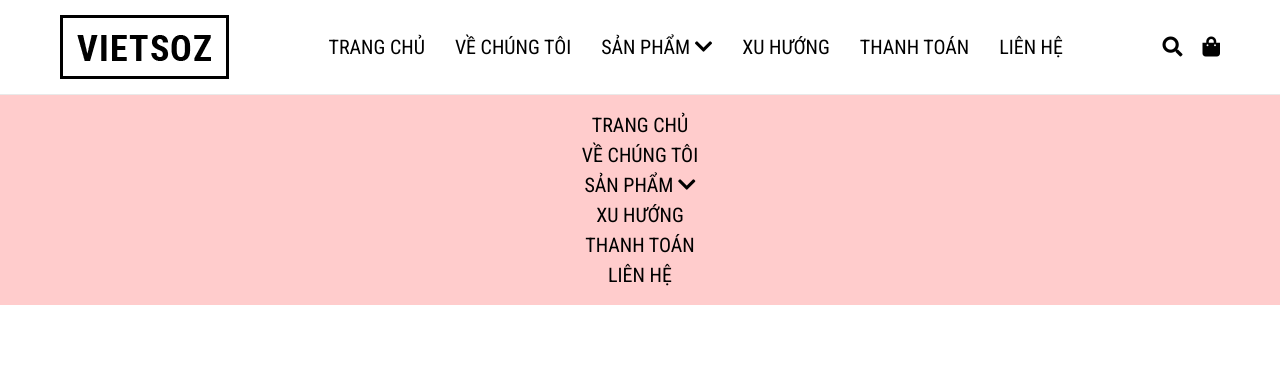
Repository: vinhtk0209/Vietsoz-reponsive
Page: index.html
These files come from the project's save history. The page is drawn as it stood at one moment and after the next save; the edit follows.
The browser window is 1280 px wide. The pictures show the whole page.

Above is the page before, as saved 2021-10-23 17:39:24.

### index.html
<!DOCTYPE html>
<html lang="en">
  <head>
    <meta charset="UTF-8" />
    <meta http-equiv="X-UA-Compatible" content="IE=edge" />
    <meta name="viewport" content="width=device-width, initial-scale=1.0" />
    <link rel="stylesheet" href="assets/css/reset.css" />
    <link rel="stylesheet" href="assets/css/global.css" />
    <link rel="stylesheet" href="assets/css/main.css" />
    <link rel="stylesheet" href="assets/fontawesome/css/all.css" />
    <link rel="stylesheet" href="assets/css/reponsive.css">
    <link rel="preconnect" href="https://fonts.googleapis.com" />
    <link rel="preconnect" href="https://fonts.gstatic.com" crossorigin />
    <link
      href="https://fonts.googleapis.com/css2?family=Roboto:ital,wght@0,100;0,300;0,400;0,500;0,700;0,900;1,100;1,300;1,400;1,500;1,700;1,900&display=swap"
      rel="stylesheet"
    />
    <link rel="preconnect" href="https://fonts.googleapis.com" />
    <link rel="preconnect" href="https://fonts.gstatic.com" crossorigin />
    <link
      href="https://fonts.googleapis.com/css2?family=Roboto+Condensed:ital,wght@0,300;0,400;0,700;1,300;1,400;1,700&display=swap"
      rel="stylesheet"
    />
    <div id="fb-root"></div>
    <script
      async
      defer
      crossorigin="anonymous"
      src="https://connect.facebook.net/vi_VN/sdk.js#xfbml=1&version=v11.0"
      nonce="ecJjSUD8"
    ></script>
    <script
    src="https://code.jquery.com/jquery-3.6.0.js"
    integrity="sha256-H+K7U5CnXl1h5ywQfKtSj8PCmoN9aaq30gDh27Xc0jk="
    crossorigin="anonymous"
  ></script>
    <title>VIESOZ</title>
  </head>

  <body>
    <!-- wrapper starts -->
    <div class="wrapper">
      <!-- header starts -->
      <header class="header">
        <div class="container">
          <div
            class="wp-header-top d-flex align-i-center justify-content-between"
          >
            <div class="header-banner">
              <img src="assets/images/logo.png" alt="" />
            </div>
            <nav class="header-main-menu">
              <ul class="d-flex main-menu">
                <li><a href="">trang chủ</a></li>
                <li><a href="">về chúng tôi</a></li>
                <li class="product-have-menu">
                  <a href=""
                    >sản phẩm
                    <span class="arrow-down"
                      ><i class="fas fa-chevron-down"></i></span
                  ></a>

                </li>

                <li><a href="">xu hướng</a></li>
                <li><a href="">thanh toán</a></li>
                <li><a href="">liên hệ</a></li>

              </ul>

            </nav>
              <nav class="header-main-menu reponsive">
              <ul class="main-menu sub">
                <li><a href="">trang chủ</a></li>
                <li><a href="">về chúng tôi</a></li>
                <li class="product-have-menu">
                  <a href=""
                    >sản phẩm
                    <span class="arrow-down"
                      ><i class="fas fa-chevron-down"></i></span
                  ></a>

                </li>

                <li><a href="">xu hướng</a></li>
                <li><a href="">thanh toán</a></li>
                <li><a href="">liên hệ</a></li>

              </ul>

            </nav>
            <ul class="icon-menu d-flex">
              <li>
                <a href=""
                  ><span class="search"><i class="fas fa-search"></i></span
                ></a>
              </li>
              <li>
                <a href="" class="shopping-cart"
                  ><span class="icon-cart"
                    ><i class="fas fa-shopping-bag"></i></span
                ></a>
              </li>
            </ul>
            <div class="nav-bar">
              <i class="fas fa-bars"></i>
            </div>
          </div>
        </div>
        <div class="wp-head-extra-menu">
          <ul class="list-menu-header-extra d-flex container">
            <li>
              <a href="">
                <span class="home-icon">
                  <i class="fas fa-home"></i>
                </span>
              </a>
            </li>

            <li class="home-text">
              <a href="">trang chủ</a>
            </li>
            <li>
              <a href="">
                <span class="arrow-righ">
                  <i class="fas fa-arrow-right"></i>
                </span>
              </a>
            </li>
            <li class="trend">
              <a href="">Xu hướng</a>
            </li>
          </ul>
        </div>

      </header>
      <!-- header ends -->

      <!-- content starts -->
      <!-- wp-content starts -->


      <!-- wp-content ends -->

      <!-- sidebar starts -->


      <!-- sidebar ends -->

      <!-- content ends -->

    </div>
    <!-- wrapper ends -->
    <script src="assets/js/main.js"></script>

  </body>
</html>

### assets/css/reset.css
/*
 * Bootstrap Reboot v4.3.1 (https://getbootstrap.com/)
 * Copyright 2011-2019 The Bootstrap Authors
 * Copyright 2011-2019 Twitter, Inc.
 * Licensed under MIT (https://github.com/twbs/bootstrap/blob/master/LICENSE)
 * Forked from Normalize.css, licensed MIT (https://github.com/necolas/normalize.css/blob/master/LICENSE.md)
 */

*,
*::before,
*::after {
    box-sizing: border-box;
}

html {
    font-family: sans-serif;
    line-height: 1.15;
    -webkit-text-size-adjust: 100%;
    -webkit-tap-highlight-color: rgba(0, 0, 0, 0);
}

article,
aside,
figcaption,
figure,
footer,
header,
hgroup,
main,
nav,
section {
    display: block;
}

body {
    margin: 0;
    font-family: -apple-system, BlinkMacSystemFont, "Segoe UI", Roboto, "Helvetica Neue", Arial, "Noto Sans", sans-serif, "Apple Color Emoji", "Segoe UI Emoji", "Segoe UI Symbol", "Noto Color Emoji";
    font-size: 1rem;
    font-weight: 400;
    line-height: 1.5;
    color: #212529;
    text-align: left;
    background-color: #fff;
}

[tabindex="-1"]:focus {
    outline: 0 !important;
}

hr {
    box-sizing: content-box;
    height: 0;
    overflow: visible;
}

h1,
h2,
h3,
h4,
h5,
h6 {
    margin-top: 0;
    margin-bottom: 0.5rem;
}

p {
    margin-top: 0;
    margin-bottom: 1rem;
}

abbr[title],
abbr[data-original-title] {
    text-decoration: underline;
    -webkit-text-decoration: underline dotted;
    text-decoration: underline dotted;
    cursor: help;
    border-bottom: 0;
    -webkit-text-decoration-skip-ink: none;
    text-decoration-skip-ink: none;
}

address {
    margin-bottom: 1rem;
    font-style: normal;
    line-height: inherit;
}

ol,
ul,
dl {
    margin-top: 0;
    margin-bottom: 1rem;
}

ol ol,
ul ul,
ol ul,
ul ol {
    margin-bottom: 0;
}

dt {
    font-weight: 700;
}

dd {
    margin-bottom: .5rem;
    margin-left: 0;
}

blockquote {
    margin: 0 0 1rem;
}

b,
strong {
    font-weight: bolder;
}

small {
    font-size: 80%;
}

sub,
sup {
    position: relative;
    font-size: 75%;
    line-height: 0;
    vertical-align: baseline;
}

sub {
    bottom: -.25em;
}

sup {
    top: -.5em;
}

a {
    color: #007bff;
    text-decoration: none;
    background-color: transparent;
}

a:hover {
    color: #0056b3;
    text-decoration: underline;
}

a:not([href]):not([tabindex]) {
    color: inherit;
    text-decoration: none;
}

a:not([href]):not([tabindex]):hover,
a:not([href]):not([tabindex]):focus {
    color: inherit;
    text-decoration: none;
}

a:not([href]):not([tabindex]):focus {
    outline: 0;
}

pre,
code,
kbd,
samp {
    font-family: SFMono-Regular, Menlo, Monaco, Consolas, "Liberation Mono", "Courier New", monospace;
    font-size: 1em;
}

pre {
    margin-top: 0;
    margin-bottom: 1rem;
    overflow: auto;
}

figure {
    margin: 0 0 1rem;
}

img {
    vertical-align: middle;
    border-style: none;
}

svg {
    overflow: hidden;
    vertical-align: middle;
}

table {
    border-collapse: collapse;
}

caption {
    padding-top: 0.75rem;
    padding-bottom: 0.75rem;
    color: #6c757d;
    text-align: left;
    caption-side: bottom;
}

th {
    text-align: inherit;
}

label {
    display: inline-block;
    margin-bottom: 0.5rem;
}

button {
    border-radius: 0;
}

button:focus {
    outline: 1px dotted;
    outline: 5px auto -webkit-focus-ring-color;
}

input,
button,
select,
optgroup,
textarea {
    margin: 0;
    font-family: inherit;
    font-size: inherit;
    line-height: inherit;
}

button,
input {
    overflow: visible;
}

button,
select {
    text-transform: none;
}

select {
    word-wrap: normal;
}

button,
[type="button"],
[type="reset"],
[type="submit"] {
    -webkit-appearance: button;
}

button:not(:disabled),
[type="button"]:not(:disabled),
[type="reset"]:not(:disabled),
[type="submit"]:not(:disabled) {
    cursor: pointer;
}

button::-moz-focus-inner,
[type="button"]::-moz-focus-inner,
[type="reset"]::-moz-focus-inner,
[type="submit"]::-moz-focus-inner {
    padding: 0;
    border-style: none;
}

input[type="radio"],
input[type="checkbox"] {
    box-sizing: border-box;
    padding: 0;
}

input[type="date"],
input[type="time"],
input[type="datetime-local"],
input[type="month"] {
    -webkit-appearance: listbox;
}

textarea {
    overflow: auto;
    resize: vertical;
}

fieldset {
    min-width: 0;
    padding: 0;
    margin: 0;
    border: 0;
}

legend {
    display: block;
    width: 100%;
    max-width: 100%;
    padding: 0;
    margin-bottom: .5rem;
    font-size: 1.5rem;
    line-height: inherit;
    color: inherit;
    white-space: normal;
}

progress {
    vertical-align: baseline;
}

[type="number"]::-webkit-inner-spin-button,
[type="number"]::-webkit-outer-spin-button {
    height: auto;
}

[type="search"] {
    outline-offset: -2px;
    -webkit-appearance: none;
}

[type="search"]::-webkit-search-decoration {
    -webkit-appearance: none;
}

::-webkit-file-upload-button {
    font: inherit;
    -webkit-appearance: button;
}

output {
    display: inline-block;
}

summary {
    display: list-item;
    cursor: pointer;
}

template {
    display: none;
}

[hidden] {
    display: none !important;
}


/*# sourceMappingURL=bootstrap-reboot.css.map */

### assets/css/global.css
/* .text-center{
    text-align: center;
}
.text-left{
    text-align: left;
}
.text-right{
    text-align: right;
}
.float-left{
    float:left;

}
.float-right{
    float:right;
}
.container{
    width:1150px;
    margin:0px auto;


}
.flex-space{
    display:flex;
    justify-content:space-between;
}
.align-i-center{
    align-items: center;
}
.mg-top-30{
    margin-top: 30px;
}
.mg-top-22{
    margin-top: 22px;
}
.d-flex{
    display:flex;
}
.bg-black{

    background-color: #131619;
}
.pt-10{
    padding-top: 10px;
} */
.container {
    max-width: 1200px;

    margin: 0px auto;
    /* display:flex; */

}

.justify-content-between {
    justify-content: space-between;
}

.d-flex {
    display: flex;
}

.jus-between {
    justify-content: space-between;
}

.align-i-center {
    align-items: center;
}

.mg-bottom-80 {
    margin-bottom: 80px;
}

.fl-basics-30 {
    flex-basis: 30%;
}

.pd-top-40 {
    padding-top: 40px;
}
.pd-top-10{
    padding-top:10px;
}
.text-center {
    text-align: center;
}

### assets/css/main.css
* {
    margin: 0;
    padding: 0;
}

body {
    /* font-family: 'Roboto', sans-serif; */
    line-height: 1.5;
}

ul {
    list-style-type: none;
    margin-bottom: 0px;
}

p,
h1,
h2,
h4 {
    margin-bottom: 0px;
}

.header {
    font-family: 'Roboto Condensed', sans-serif;
    margin-bottom: 45px;
    padding:15px 0;
   position: relative;

}

.wp-header-top {
    width: 100%;
    /* display:flex; */
    /* min-height: 110px; */
    margin-bottom: 15px;
    padding:0 20px;
}

.header-main-menu ul  {
    gap:0 30px;
}

.header-main-menu ul li a {
    text-decoration: none;
    font-size: 20px;
    text-transform: uppercase;
    font-weight: 400;
    color: #000000;

}
.wp-header-top ul.icon-menu  {
    gap:0 20px;
}
.wp-header-top ul.icon-menu li a  {
    font-size: 20px;
    color: #000000;

}


.header-main-menu ul li a span.search {
    font-size: 15px;
}

.header-main-menu ul li a span.icon-cart {
    font-size: 25px;
}
.header-main-menu.reponsive{
    /* display: none; */
    position: absolute;
    top: 58%;
    background-color: 	#FFCCCC;
    width: 100%;
    left:0;
    text-align: center;
    padding: 15px ;
}

.nav-bar{
    display: none;
    font-size: 20px;
    color: #000000;
    cursor: pointer;
}



.wp-head-extra-menu {
    background-color: #e9e9e9;
    min-height: 50px;
    padding:0 20px;
}

ul.list-menu-header-extra li:not(:first-child) {
    padding-left: 15px;
}

ul.list-menu-header-extra li {
    padding: 15px 0px;

}

ul.list-menu-header-extra {
    margin-bottom: 0px;
}

ul.list-menu-header-extra li a {
    text-decoration: none;
    font-size: 17px;
    color: #222222;
    font-weight: 400;
    box-sizing: border-box;
}


#content {
    font-family: 'Roboto', sans-serif;
}

.wp-content-news {
    max-width: 820px;

}

.wp-content-news ul.list-news li {
    display: flex;
    min-height: 227px;
    padding-bottom: 15px;
    border-bottom: 1px solid #a69e9e;
    margin-bottom: 20px;
    overflow: hidden;
}

.wp-content-news ul.list-news li:last-child {
    border: none;

}
.wp-content-news ul.list-news .image-news a{
    display:block;
    transition:transform 1s;

}
.wp-content-news ul.list-news .image-news a:hover{
    transform: scale(1.05);
}
.wp-content-news ul.list-news li .more-info a.title {
    padding-bottom: 15px;
    font-size: 24px;
    font-weight: 500;
    color: #333333;
    text-decoration: none;
}

.wp-content-news ul.list-news li .more-info p.date {
    font-size: 13px;
    color: #a69e9e;
    font-weight: 300;
}

.wp-content-news ul.list-news li .more-info p.content {
    padding-top: 25px;
    font-size: 14px;
    font-weight: 400;
    margin-bottom: 0px;
    color: #777777;

}

.wp-content-news ul.list-news li {
    font-weight: 400;
}

.wp-content-news ul.list-news li a {
    text-decoration: none;
}

.wp-content-news ul.list-news li .more-info {
    padding-left: 15px;

}

.wp-content-news .pages-num li:first-child {
    margin-right: 12px;
    font-size: 14px;
    text-transform: capitalize;

}

.wp-content-news .pages-num a {
    text-decoration: none;
}

.wp-content-news .pages-num li:not(:first-child) {
    margin-left: 7px;
    font-size: 13px;
    padding: 5px 12px;
    border: 1px solid #e9e9e9;
    transition: all 0.5s;

}

.wp-content-news .pages-num li:not(:first-child):hover {
    background-color: #272727;

}

.wp-content-news .pages-num li:not(:first-child):hover a {
    color: #ffffff;
}

.wp-content-news .pages-num li:not(:first-child) a {
    color: #0b0b0b;
}

.wp-content-list-caterory {
    /* padding-left: 90px; */
    font-weight: bold;
    max-width: 310px;
}

.wp-content-list-caterory .box-caterory {
    margin-bottom: 50px;
}

.wp-content-list-caterory .box-caterory .box-title {
    padding-top: 20px;
    padding-bottom: 20px;
    padding-left: 25px;
    background-color: #283943;
    color: #ffffff;


}

.wp-content-list-caterory .box-caterory .box-title h3 {
    margin-bottom: 0;
    font-size: 21px;

    text-transform: uppercase;

}

.wp-content-list-caterory .box-caterory .box-body ul {
    padding-left: 25px;
    padding-top: 20px;
    padding-bottom: 20px;
    padding-right: 15px;
    border: 1px solid #a69e9e;

}

.wp-content-list-caterory .box-caterory .box-body ul li {
    border-bottom: 1px solid #a69e9e;
    padding-bottom: 10px;


}

.box-caterory .box-body ul li:not(:first-child) {
    margin-top: 10px;

}

.box-caterory .box-body ul li a span.arrow-right {
    float: right;

}

.wp-content-list-caterory .box-caterory .box-body ul li a {
    text-decoration: none;
    color: #333333;
    text-transform: uppercase;
    font-size: 14px;
    transition: all 0.5s;
}

.box-caterory .box-body ul li:hover a {
    color: #d5be00;
}

.box-caterory .box-body ul li:hover {
    border-bottom: 1px solid #d5be00;
}

.box-banner {
    margin-bottom: 45px;
}


.list-product {
    border: 1px solid #a69e9e;

}

.list-product ul li {
    display: flex;
}

.list-product ul li a.title {
    font-size: 14px;
    text-decoration: none;
}

.wp-content-list-caterory .box-product {
    font-weight: 500;
}

.wp-content-list-caterory .box-product .box-title {
    padding-top: 20px;
    padding-bottom: 20px;
    padding-left: 25px;
    background-color: #283943;
    color: #ffffff;
    text-transform: uppercase;
}

.box-product {}

.box-product .box-body ul {
    padding: 10px 15px;
}

.box-product .box-body ul li {
    border-bottom: 1px solid #a69e9e;
    padding-bottom: 20px;
    margin-bottom: 10px;
}

.box-product .box-body ul li:last-child {
    border: none;
}

.box-product .box-body .image-product {
    margin-right: 10px;
}

.box-product .box-body .info-product a.title {
    color: #272727;
    font-size: 14px;
    padding-bottom: 15px;
    display: block;
}

.box-product .box-body .info-product p {
    padding-bottom: 4px;
    display: block;
}

.box-product .box-body .info-product p.price:not(span.discount) {
    font-size: 15px;
    color: #d40707;
    padding-right: 8px;
}

.box-product .box-body .info-product span.discount {
    font-size: 12px;
    color: #909090;
}

.box-product .box-body .info-product a.details {
    font-size: 13px;
    color: #00708c;
    text-decoration: underline;
    /* margin:0; */
}

.box-product .box-body .info-product span.buy-arrow-right {
    padding-left: 2px;
}

.footer {
    background-color: #1b1b1b;
    min-height: 410px;
    padding-top: 70px;
    color: #ffffff;
    font-size: 16px;
    font-weight: 300;
}

.footer a {
    text-decoration: none;
    color: #ffffff;
}
.footer h3{
    font-size: 28px;
    text-transform: uppercase;
}
.footer ul {
    list-style: circle;
}
.footer ul.footer-caterory li:not(:first-child){
    padding-top:15px;

}
.footer ul.footer-seller li:not(:first-child){
    padding-top:15px;
}
.footer .footer-facebook{
    padding-top:90px;
}
.copyright{
    min-height: 50px;
    background-color:#ffffff;
}

/* .footer .box-body ul.footer-caterory{
    list-style:  circle;
}


} */

### assets/css/reponsive.css
@media screen and (max-width: 1040px) {
    nav.header-main-menu{
        display: none;
    }
    .nav-bar{
        display: block;
    }
}

### assets/js/main.js
$(document).ready(function() {
    $('.nav-bar').click(function(){
        $('.header-main-menu.reponsive').slideToggle();
    });
});

Loaded but not shown: assets/fontawesome/css/all.css (library)

After the next save:
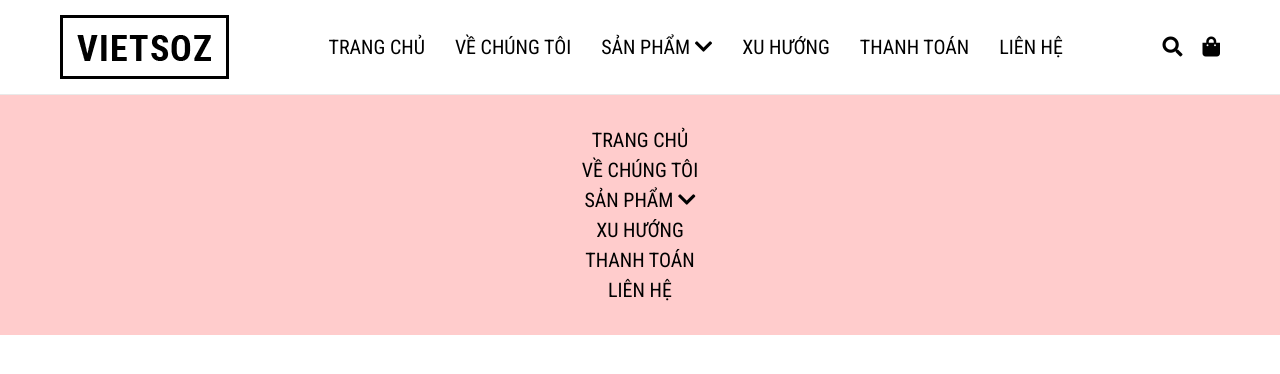
Saved 4 s later.
--- a/assets/css/main.css
+++ b/assets/css/main.css
@@ -73,7 +73,7 @@ h4 {
     width: 100%;
     left:0;
     text-align: center;
-    padding: 15px ;
+    padding: 30px  0;
 }
 
 .nav-bar{
